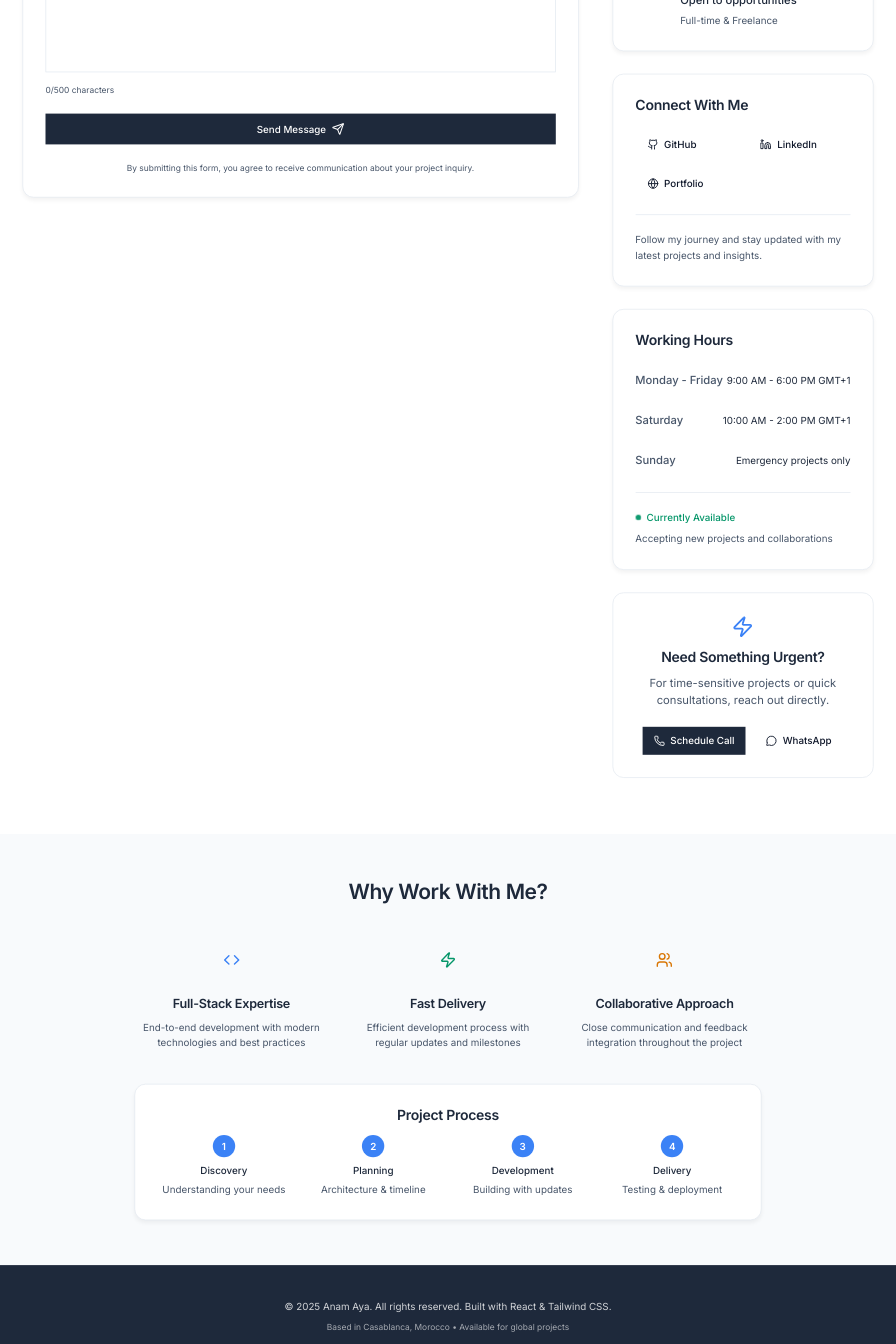
Repository: ayaaas/portflio_aya
Page: /contact-communication-portal
The author's editor kept a copy of each file at every save. The page is drawn from the files as they stood at one save, then again after a run of saves.
The browser window is 1280 px wide. The pictures show the part of the page from y = 1166 to 3086 px (the page is 3119 px tall before and 3063 px after), at 70% of full size.
The project was rebuilt for these pictures with package versions that can differ from the ones it lists, and the page was loaded fresh each time. Also part of the build but not shown: vite.config.mjs, src/components/ErrorBoundary.jsx, src/components/AppImage.jsx, src/pages/hero-section-developer-portfolio/components/ProfileImage.jsx, src/pages/hero-section-developer-portfolio/components/AnimatedText.jsx, src/pages/hero-section-developer-portfolio/components/HeroContent.jsx, src/pages/hero-section-developer-portfolio/components/BackgroundPattern.jsx, src/pages/hero-section-developer-portfolio/components/ScrollIndicator.jsx and 23 more.

Above is the page before, as saved 2025-07-18 23:52:54.

### index.html
<!doctype html>
<html lang="en">

<head>
  <meta charset="utf-8" />
  <title>anam-aya-portfolio</title>
  <meta name="viewport" content="width=device-width, initial-scale=1.0" />
  <meta name="theme-color" content="#000000" />
  <meta name="description" content="Web site created using create-react-app" />
  <link rel="icon" href="/favicon.ico" />
  <link rel="manifest" href="/manifest.json" />
<script type="module" src="https://static.rocket.new/rocket-web.js?_cfg=https%3A%2F%2Fanamayap2173back.builtwithrocket.new&_be=https%3A%2F%2Fapplication.rocket.new&_v=0.1.6"></script>
</head>

<body>
  <noscript>You need to enable JavaScript to run this app.</noscript>
  <div class="dhiwise-code" id="root"></div>
  <script type="module" src="/src/index.jsx"></script>
</body>

</html>

### src/Routes.jsx
import React from "react";
import { BrowserRouter, Routes as RouterRoutes, Route } from "react-router-dom";
import ScrollToTop from "components/ScrollToTop";
import ErrorBoundary from "components/ErrorBoundary";
// Add your imports here
import HeroSectionDeveloperPortfolio from "pages/hero-section-developer-portfolio";
import AboutMePersonalNarrative from "pages/about-me-personal-narrative";
import ToolsProfessionalWorkflowDisplay from "pages/tools-professional-workflow-display";
import ContactCommunicationPortal from "pages/contact-communication-portal";
import TechnologiesInteractiveStackShowcase from "pages/technologies-interactive-stack-showcase";
import ProjectsCuratedCaseStudies from "pages/projects-curated-case-studies";
import NotFound from "pages/NotFound";

const Routes = () => {
  return (
    <BrowserRouter>
      <ErrorBoundary>
      <ScrollToTop />
      <RouterRoutes>
        {/* Define your routes here */}
        <Route path="/" element={<HeroSectionDeveloperPortfolio />} />
        <Route path="/hero-section-developer-portfolio" element={<HeroSectionDeveloperPortfolio />} />
        <Route path="/about-me-personal-narrative" element={<AboutMePersonalNarrative />} />
        <Route path="/tools-professional-workflow-display" element={<ToolsProfessionalWorkflowDisplay />} />
        <Route path="/contact-communication-portal" element={<ContactCommunicationPortal />} />
        <Route path="/technologies-interactive-stack-showcase" element={<TechnologiesInteractiveStackShowcase />} />
        <Route path="/projects-curated-case-studies" element={<ProjectsCuratedCaseStudies />} />
        <Route path="*" element={<NotFound />} />
      </RouterRoutes>
      </ErrorBoundary>
    </BrowserRouter>
  );
};

export default Routes;

### src/components/ui/Button.jsx
import React from 'react';
import { Slot } from "@radix-ui/react-slot";
import { cva } from "class-variance-authority";
import { cn } from "../../utils/cn";
import Icon from '../AppIcon';

const buttonVariants = cva(
    "inline-flex items-center justify-center whitespace-nowrap rounded-md text-sm font-medium ring-offset-background transition-colors focus-visible:outline-none focus-visible:ring-2 focus-visible:ring-ring focus-visible:ring-offset-2 disabled:pointer-events-none disabled:opacity-50",
    {
        variants: {
            variant: {
                default: "bg-primary text-primary-foreground hover:bg-primary/90",
                destructive: "bg-destructive text-destructive-foreground hover:bg-destructive/90",
                outline: "border border-input hover:bg-accent hover:text-accent-foreground",
                secondary: "bg-secondary text-secondary-foreground hover:bg-secondary/80",
                ghost: "hover:bg-accent hover:text-accent-foreground",
                link: "text-primary underline-offset-4 hover:underline",
                success: "bg-success text-success-foreground hover:bg-success/90",
                warning: "bg-warning text-warning-foreground hover:bg-warning/90",
                danger: "bg-error text-error-foreground hover:bg-error/90",
            },
            size: {
                default: "h-10 px-4 py-2",
                sm: "h-9 rounded-md px-3",
                lg: "h-11 rounded-md px-8",
                icon: "h-10 w-10",
                xs: "h-8 rounded-md px-2 text-xs",
                xl: "h-12 rounded-md px-10 text-base",
            },
        },
        defaultVariants: {
            variant: "default",
            size: "default",
        },
    }
);

const Button = React.forwardRef(({
    className,
    variant,
    size,
    asChild = false,
    children,
    loading = false,
    iconName = null,
    iconPosition = 'left',
    iconSize = null,
    fullWidth = false,
    disabled = false,
    ...props
}, ref) => {
    const Comp = asChild ? Slot : "button";

    // Icon size mapping based on button size
    const iconSizeMap = {
        xs: 12,
        sm: 14,
        default: 16,
        lg: 18,
        xl: 20,
        icon: 16,
    };

    const calculatedIconSize = iconSize || iconSizeMap[size] || 16;

    // Loading spinner
    const LoadingSpinner = () => (
        <svg className="animate-spin -ml-1 mr-2 h-4 w-4" fill="none" viewBox="0 0 24 24">
            <circle className="opacity-25" cx="12" cy="12" r="10" stroke="currentColor" strokeWidth="4" />
            <path className="opacity-75" fill="currentColor" d="M4 12a8 8 0 018-8V0C5.373 0 0 5.373 0 12h4zm2 5.291A7.962 7.962 0 014 12H0c0 3.042 1.135 5.824 3 7.938l3-2.647z" />
        </svg>
    );

    // Icon rendering
    const renderIcon = () => {
        if (!iconName) return null;

        return (
            <Icon
                name={iconName}
                size={calculatedIconSize}
                className={cn(
                    children && iconPosition === 'left' && "mr-2",
                    children && iconPosition === 'right' && "ml-2"
                )}
            />
        );
    };

    return (
        <Comp
            className={cn(
                buttonVariants({ variant, size, className }),
                fullWidth && "w-full"
            )}
            ref={ref}
            disabled={disabled || loading}
            {...props}
        >
            {loading && <LoadingSpinner />}
            {iconName && iconPosition === 'left' && renderIcon()}
            {children}
            {iconName && iconPosition === 'right' && renderIcon()}
        </Comp>
    );
});

Button.displayName = "Button";

export default Button;

### src/pages/contact-communication-portal/components/ContactHero.jsx
import React from 'react';
import Icon from '../../../components/AppIcon';

const ContactHero = () => {
  return (
    <div className="text-center mb-16">
      <div className="inline-flex items-center justify-center w-20 h-20 bg-accent/10 rounded-2xl mb-6">
        <Icon name="MessageSquare" size={40} color="var(--color-accent)" />
      </div>

      <h1 className="text-4xl md:text-5xl font-bold text-primary mb-6 leading-tight">
        Let's Start a
        <span className="text-accent block">Conversation</span>
      </h1>

      <p className="text-xl text-text-secondary max-w-2xl mx-auto leading-relaxed mb-8">
        Whether you have a project in mind, need technical consultation, or want to explore collaboration opportunities,
        I'm here to help turn your ideas into reality.
      </p>

      <div className="flex flex-wrap justify-center gap-6 text-sm text-text-secondary">
        <div className="flex items-center space-x-2">
          <Icon name="Clock" size={16} color="var(--color-success)" />
          <span>24h Response Time</span>
        </div>
        <div className="flex items-center space-x-2">
          <Icon name="Shield" size={16} color="var(--color-success)" />
          <span>NDA Available</span>
        </div>
        <div className="flex items-center space-x-2">
          <Icon name="Globe" size={16} color="var(--color-success)" />
          <span>Remote Friendly</span>
        </div>
      </div>
    </div>
  );
};

export default ContactHero;

### src/pages/contact-communication-portal/components/ContactInfo.jsx
import React from 'react';
import Icon from '../../../components/AppIcon';
import Button from '../../../components/ui/Button';

const ContactInfo = () => {
  const contactDetails = [
    {
      icon: 'Mail',
      label: 'Email',
      value: 'ayaaname0@gmail.com',
      action: () => window.location.href = 'mailto:ayaaname0@gmail.com'
    },
    {
      icon: 'MapPin',
      label: 'Location',
      value: 'Casablanca, Morocco',
      subValue: 'GMT+1 Timezone'
    },
    {
      icon: 'Clock',
      label: 'Response Time',
      value: 'Within 24 hours',
      subValue: 'Usually within 4-6 hours'
    },
    {
      icon: 'Calendar',
      label: 'Availability',
      value: 'Open to opportunities',
      subValue: 'Full-time & Freelance'
    }
  ];

  const socialLinks = [
    {
      name: 'GitHub',
      icon: 'Github',
      url: 'https://github.com/ayaaas',
      color: 'text-gray-700 hover:text-gray-900'
    },
    {
      name: 'LinkedIn',
      icon: 'Linkedin',
      url: 'https://www.linkedin.com/in/aya-anam/',
      color: 'text-blue-600 hover:text-blue-700'
    },
    {
      name: 'Portfolio',
      icon: 'Globe',
      url: 'https://anamaya.dev',
      color: 'text-accent hover:text-accent-hover'
    }
  ];

  const workingHours = [
    { day: 'Monday - Friday', hours: '9:00 AM - 6:00 PM GMT+1' },
    { day: 'Saturday', hours: '10:00 AM - 2:00 PM GMT+1' },
    { day: 'Sunday', hours: 'Emergency projects only' }
  ];

  return (
    <div className="space-y-8">
      {/* Contact Information Card */}
      <div className="bg-card rounded-2xl p-8 shadow-soft border border-border">
        <div className="mb-6">
          <h3 className="text-2xl font-semibold text-primary mb-2">
            Get In Touch
          </h3>
          <p className="text-text-secondary">
            Ready to discuss your project? I'm here to help bring your ideas to life.
          </p>
        </div>

        <div className="space-y-6">
          {contactDetails.map((detail, index) => (
            <div key={index} className="flex items-start space-x-4">
              <div className="w-12 h-12 bg-accent/10 rounded-lg flex items-center justify-center flex-shrink-0">
                <Icon name={detail.icon} size={20} color="var(--color-accent)" />
              </div>
              <div className="flex-1">
                <p className="text-sm font-medium text-text-secondary mb-1">
                  {detail.label}
                </p>
                <p
                  className={`text-primary font-medium ${detail.action ? 'cursor-pointer hover:text-accent transition-colors' : ''}`}
                  onClick={detail.action}
                >
                  {detail.value}
                </p>
                {detail.subValue && (
                  <p className="text-sm text-text-secondary mt-1">
                    {detail.subValue}
                  </p>
                )}
              </div>
            </div>
          ))}
        </div>
      </div>

      {/* Social Links Card */}
      <div className="bg-card rounded-2xl p-8 shadow-soft border border-border">
        <h3 className="text-xl font-semibold text-primary mb-6">
          Connect With Me
        </h3>

        <div className="grid grid-cols-2 gap-4">
          {socialLinks.map((social, index) => (
            <Button
              key={index}
              variant="outline"
              onClick={() => window.open(social.url, '_blank')}
              iconName={social.icon}
              iconPosition="left"
              className="justify-start hover-lift"
            >
              {social.name}
            </Button>
          ))}
        </div>

        <div className="mt-6 pt-6 border-t border-border">
          <p className="text-sm text-text-secondary">
            Follow my journey and stay updated with my latest projects and insights.
          </p>
        </div>
      </div>

      {/* Working Hours Card */}
      <div className="bg-card rounded-2xl p-8 shadow-soft border border-border">
        <h3 className="text-xl font-semibold text-primary mb-6">
          Working Hours
        </h3>

        <div className="space-y-4">
          {workingHours.map((schedule, index) => (
            <div key={index} className="flex justify-between items-center py-2">
              <span className="text-text-secondary font-medium">
                {schedule.day}
              </span>
              <span className="text-primary text-sm">
                {schedule.hours}
              </span>
            </div>
          ))}
        </div>

        <div className="mt-6 pt-6 border-t border-border">
          <div className="flex items-center space-x-2 text-success">
            <div className="w-2 h-2 bg-success rounded-full animate-pulse"></div>
            <span className="text-sm font-medium">Currently Available</span>
          </div>
          <p className="text-sm text-text-secondary mt-2">
            Accepting new projects and collaborations
          </p>
        </div>
      </div>

      {/* Quick Actions */}
      <div className="bg-gradient-to-r from-accent/5 to-primary/5 rounded-2xl p-8 border border-accent/20">
        <div className="text-center">
          <Icon name="Zap" size={32} color="var(--color-accent)" className="mx-auto mb-4" />
          <h3 className="text-xl font-semibold text-primary mb-3">
            Need Something Urgent?
          </h3>
          <p className="text-text-secondary mb-6">
            For time-sensitive projects or quick consultations, reach out directly.
          </p>
          <div className="flex flex-col sm:flex-row gap-3 justify-center">
            <Button
              variant="default"
              iconName="Phone"
              iconPosition="left"
              onClick={() => window.location.href = 'tel:+212-XXX-XXXX'}
            >
              Schedule Call
            </Button>
            <Button
              variant="outline"
              iconName="MessageCircle"
              iconPosition="left"
              onClick={() => window.open('https://wa.me/212XXXXXXXX', '_blank')}
            >
              WhatsApp
            </Button>
          </div>
        </div>
      </div>
    </div>
  );
};

export default ContactInfo;

### src/components/ui/Input.jsx
import React from "react";
import { cn } from "../../utils/cn";

const Input = React.forwardRef(({
    className,
    type = "text",
    label,
    description,
    error,
    required = false,
    id,
    ...props
}, ref) => {
    // Generate unique ID if not provided
    const inputId = id || `input-${Math.random().toString(36).substr(2, 9)}`;

    // Base input classes
    const baseInputClasses = "flex h-10 w-full rounded-md border border-input bg-background px-3 py-2 text-sm ring-offset-background file:border-0 file:bg-transparent file:text-sm file:font-medium placeholder:text-muted-foreground focus-visible:outline-none focus-visible:ring-2 focus-visible:ring-ring focus-visible:ring-offset-2 disabled:cursor-not-allowed disabled:opacity-50";

    // Checkbox-specific styles
    if (type === "checkbox") {
        return (
            <input
                type="checkbox"
                className={cn(
                    "h-4 w-4 rounded border border-input bg-background text-primary focus:ring-2 focus:ring-ring focus:ring-offset-2 disabled:cursor-not-allowed disabled:opacity-50",
                    className
                )}
                ref={ref}
                id={inputId}
                {...props}
            />
        );
    }

    // Radio button-specific styles
    if (type === "radio") {
        return (
            <input
                type="radio"
                className={cn(
                    "h-4 w-4 rounded-full border border-input bg-background text-primary focus:ring-2 focus:ring-ring focus:ring-offset-2 disabled:cursor-not-allowed disabled:opacity-50",
                    className
                )}
                ref={ref}
                id={inputId}
                {...props}
            />
        );
    }

    // For regular inputs with wrapper structure
    return (
        <div className="space-y-2">
            {label && (
                <label
                    htmlFor={inputId}
                    className={cn(
                        "text-sm font-medium leading-none peer-disabled:cursor-not-allowed peer-disabled:opacity-70",
                        error ? "text-destructive" : "text-foreground"
                    )}
                >
                    {label}
                    {required && <span className="text-destructive ml-1">*</span>}
                </label>
            )}

            <input
                type={type}
                className={cn(
                    baseInputClasses,
                    error && "border-destructive focus-visible:ring-destructive",
                    className
                )}
                ref={ref}
                id={inputId}
                {...props}
            />

            {description && !error && (
                <p className="text-sm text-muted-foreground">
                    {description}
                </p>
            )}

            {error && (
                <p className="text-sm text-destructive">
                    {error}
                </p>
            )}
        </div>
    );
});

Input.displayName = "Input";

export default Input;

Loaded but not shown: src/index.jsx (common file); src/App.jsx (common file); src/styles/tailwind.css (library); src/styles/index.css (common file); src/components/ScrollToTop.jsx (common file); src/components/AppIcon.jsx (common file); src/utils/cn.js (common file); tailwind.config.js (148 lines, source omitted); src/components/ui/Select.jsx (242 lines, source omitted); src/pages/contact-communication-portal/components/ContactForm.jsx (250 lines, source omitted); src/pages/contact-communication-portal/index.jsx (159 lines, source omitted); src/components/ui/Header.jsx (183 lines, source omitted)

After the next 2 saves:
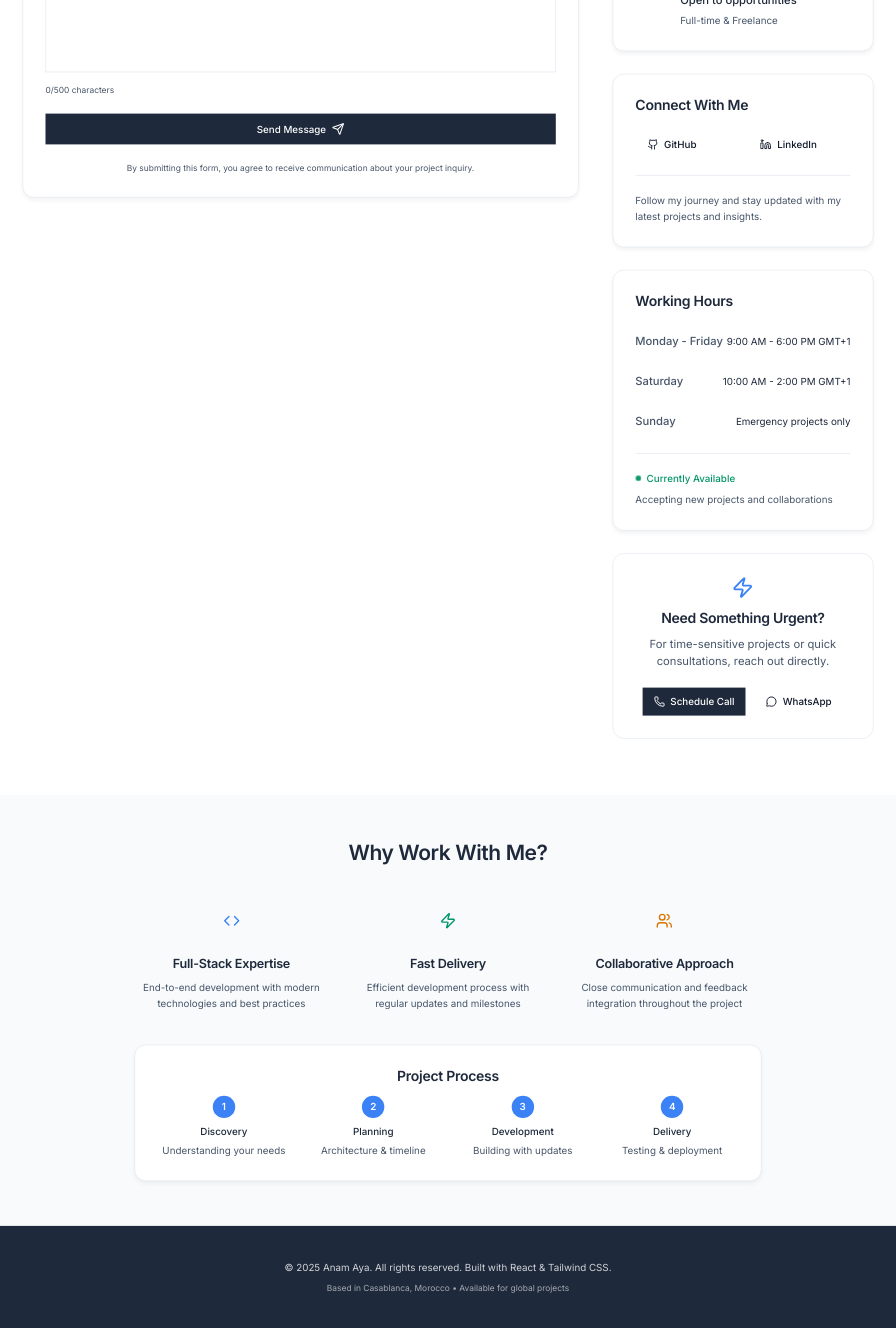
The 2 saves are shown as one change because they came seconds apart.
The last was saved 7 s later.
--- a/src/pages/contact-communication-portal/components/ContactInfo.jsx
+++ b/src/pages/contact-communication-portal/components/ContactInfo.jsx
@@ -42,13 +42,8 @@ const ContactInfo = () => {
       icon: 'Linkedin',
       url: 'https://www.linkedin.com/in/aya-anam/',
       color: 'text-blue-600 hover:text-blue-700'
-    },
-    {
-      name: 'Portfolio',
-      icon: 'Globe',
-      url: 'https://anamaya.dev',
-      color: 'text-accent hover:text-accent-hover'
     }
+
   ];
 
   const workingHours = [
